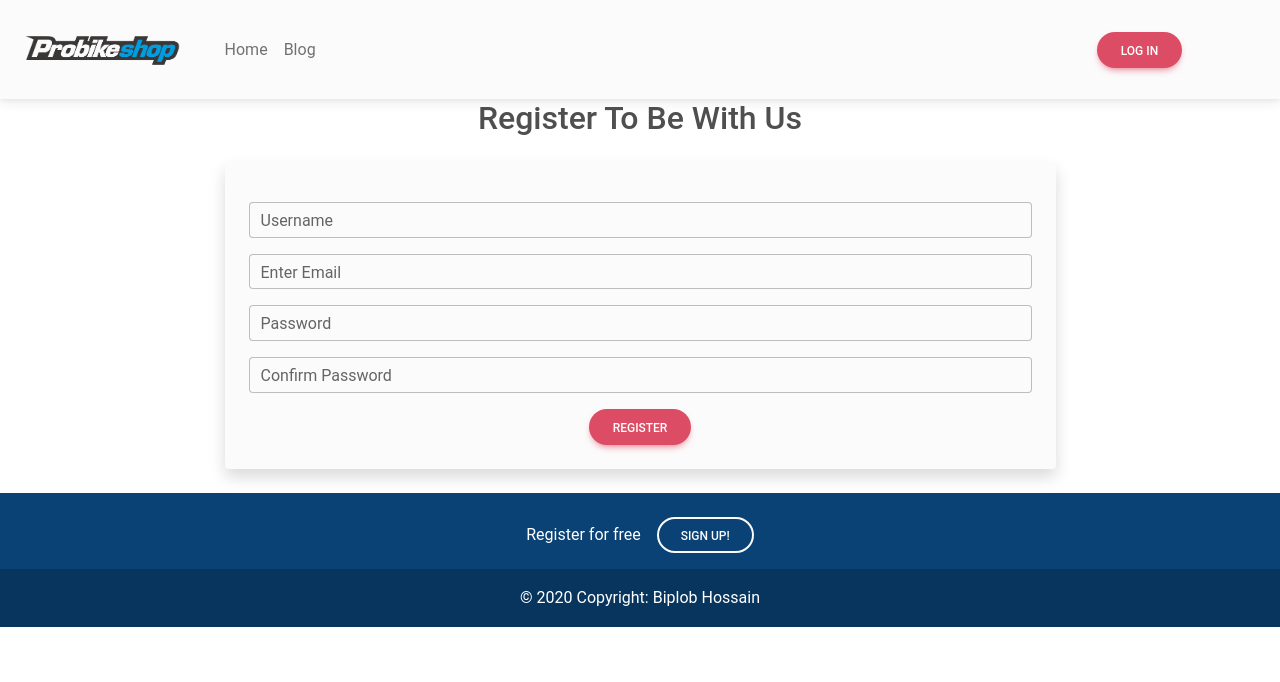
Repository: Tanvir3744/Ware-house
Page: /register
The author's editor kept a copy of each file at every save. The page is drawn from the files as they stood at one save, then again after the next save.
The browser window is 1280 px wide. The pictures show the whole page.
The project was rebuilt for these pictures with package versions that can differ from the ones it lists, and the page was loaded fresh each time. Also part of the build but not shown: src/components/Home/Banner/Banner.js, src/components/Home/Home.js, src/components/Login/Login.js, src/components/Blog/Blog.js.

Above is the page before, as saved 2022-05-13 00:09:49.

### public/index.html
<!DOCTYPE html>
<html lang="en">
  <head>
    <meta charset="utf-8" />
    <link rel="icon" href="%PUBLIC_URL%/favicon.ico" />
    <meta name="viewport" content="width=device-width, initial-scale=1" />
    <meta name="theme-color" content="#000000" />
    <meta
      name="description"
      content="Web site created using create-react-app"
    />
    <link rel="apple-touch-icon" href="%PUBLIC_URL%/logo192.png" />
    <!--
      manifest.json provides metadata used when your web app is installed on a
      user's mobile device or desktop. See https://developers.google.com/web/fundamentals/web-app-manifest/
    -->
    <link rel="manifest" href="%PUBLIC_URL%/manifest.json" />
    <!--
      Notice the use of %PUBLIC_URL% in the tags above.
      It will be replaced with the URL of the `public` folder during the build.
      Only files inside the `public` folder can be referenced from the HTML.

      Unlike "/favicon.ico" or "favicon.ico", "%PUBLIC_URL%/favicon.ico" will
      work correctly both with client-side routing and a non-root public URL.
      Learn how to configure a non-root public URL by running `npm run build`.
    -->
    <title>Inventory Management Systam</title>
  </head>
  <body>
    <noscript>You need to enable JavaScript to run this app.</noscript>
    <div id="root"></div>
    <!--
      This HTML file is a template.
      If you open it directly in the browser, you will see an empty page.

      You can add webfonts, meta tags, or analytics to this file.
      The build step will place the bundled scripts into the <body> tag.

      To begin the development, run `npm start` or `yarn start`.
      To create a production bundle, use `npm run build` or `yarn build`.
    -->
  </body>
</html>

### src/App.js
import './App.css';
/* import 'bootstrap/dist/css/bootstrap.min.css';
import 'bootstrap/dist/js/bootstrap.min.js' */
import 'mdb-react-ui-kit/dist/css/mdb.min.css'
import { Routes, Route } from 'react-router-dom'
import Home from './components/Home/Home';
import Header from './components/Header/Header';
import Register from './components/Register/Register';
import Login from './components/Login/Login';
import Blog from './components/Blog/Blog';
import Footer from './components/Footer/Footer';
function App() {
  return (
    <div className="App">
      <Header></Header>
      <Routes>
        <Route path="/" element={<Home></Home>}></Route>
        <Route path ='/home' element= {<Home></Home>}></Route>
        <Route path="/register" element={<Register></Register>}></Route>
        <Route path='/login' element={<Login></Login>}></Route>
        <Route path='/blog' element={<Blog></Blog>}></Route>
      </Routes>
      <Footer></Footer>
    </div>
  );
}

export default App;

### src/components/Header/Header.js
import React, { useState } from 'react';
import {
    MDBContainer,
    MDBNavbar,
    MDBNavbarBrand,
    MDBNavbarToggler,
    MDBNavbarNav,
    MDBCollapse
} from 'mdb-react-ui-kit';
import logo from '../../images/logo.png'
import { Link } from 'react-router-dom';
import { FontAwesomeIcon } from '@fortawesome/react-fontawesome'
import { faBars } from '@fortawesome/free-solid-svg-icons'
import "./Header.css"
export default function Header() {
    const [showNavSecond, setShowNavSecond] = useState(false);

    return (
        <MDBNavbar expand='lg' light bgColor='light'>
            <MDBContainer fluid className='p-3'>
                <MDBNavbarBrand >
                    <Link to='/'><img src={logo} alt="" className="img-fluid" width={200} /></Link>
                </MDBNavbarBrand>
                <MDBNavbarToggler
                    aria-expanded='false'
                    aria-label='Toggle navigation'
                    onClick={() => setShowNavSecond(!showNavSecond)}
                >
                    <FontAwesomeIcon icon={faBars}></FontAwesomeIcon>
                </MDBNavbarToggler>
                <MDBCollapse navbar className='container' show={showNavSecond}>
                    <MDBNavbarNav className='w-75'>
                        <Link className='nav-link' to='/'>Home</Link>
                        <Link className='nav-link' to='/blog'>Blog</Link>
                    </MDBNavbarNav>
                        <div className='d-felx flex-end'>
                            <Link className='btn btn-danger rounded-pill position-relative end-25 w-100 ' to="/login"> Log In</Link>
                        </div>
                </MDBCollapse>
            </MDBContainer>
        </MDBNavbar>
    );
}

### src/components/Register/Register.js
import React from 'react';
import { MDBInput, MDBBtn } from 'mdb-react-ui-kit';
const Register = () => {
    return (
        <div>
            <div className="container">
                <div className="row">
                    <div className="col-lg-7 w-75 mx-auto">
                        <h2>Register To Be With Us</h2>
                        <form className='mt-4 mb-4 bg-light shadow rounded p-4'>
                            <MDBInput className='mt-3' label='Username' id='typeName' type='text' name='username' required />
                            <MDBInput className='mt-3' label='Enter Email' name='email' id='typeEmail' type='email' required />
                            <MDBInput className='mt-3' label='Password' id='typePassword' type='password' name='password1' />
                            <MDBInput className='mt-3' label='Confirm Password' id='typePassword' type='password' name='password2' />
                            <MDBBtn className='rounded-pill mt-3' type='submit' color="danger ">Register</MDBBtn>
                        </form>
                    </div>
                </div>
            </div>
        </div>
    );
};

export default Register;

### src/components/Footer/Footer.js
import React from 'react';
import {
  MDBFooter,
  MDBContainer,
  MDBCol,
  MDBRow,
} from 'mdb-react-ui-kit';
import { Link } from 'react-router-dom';

export default function Footer() {
  return (
    <MDBFooter className='text-center text-white' style={{ backgroundColor: '#0a4275' }}>
      <MDBContainer className='p-4 pb-0'>
        <section className=''>
          <p className='d-flex justify-content-center align-items-center'>
            <span className='me-3'>Register for free</span>
            <Link to='/register' type='button' className='btn btn-outline-light btn-rounded'>
              Sign up!
            </Link>
          </p>
        </section>
      </MDBContainer>

      <div className='text-center p-3' style={{ backgroundColor: 'rgba(0, 0, 0, 0.2)' }}>
        © 2020 Copyright:
        <Link to='/' className='text-white '> Biplob Hossain</Link>
      </div>
    </MDBFooter>
  );
}

### src/components/Header/Header.css
.navbar-nav{
    width:85% !important;
}

### src/components/Home/Banner/Banner.css
*{
    margin:0;
    padding:0;
}
#banner-img{
    background-image:linear-gradient(to right, rgba(50, 70, 80, 0.7), rgba(30, 20, 150, 0.7)), url('https://img.freepik.com/free-photo/motorcycle-with-helmet_23-2148875785.jpg?size=626&ext=jpg&ga=GA1.2.265099126.1651845603');
    height:75vh;
    background-size:cover;
    background-position: center;
    position:relative;
    bottom:1rem;
}
/* banner text alignment with css */
#banner-text{
    margin-top:100px !important;
}

Loaded but not shown: src/index.js (common file); src/index.css (common file); src/reportWebVitals.js (common file); src/App.css (common file)

After the next save:
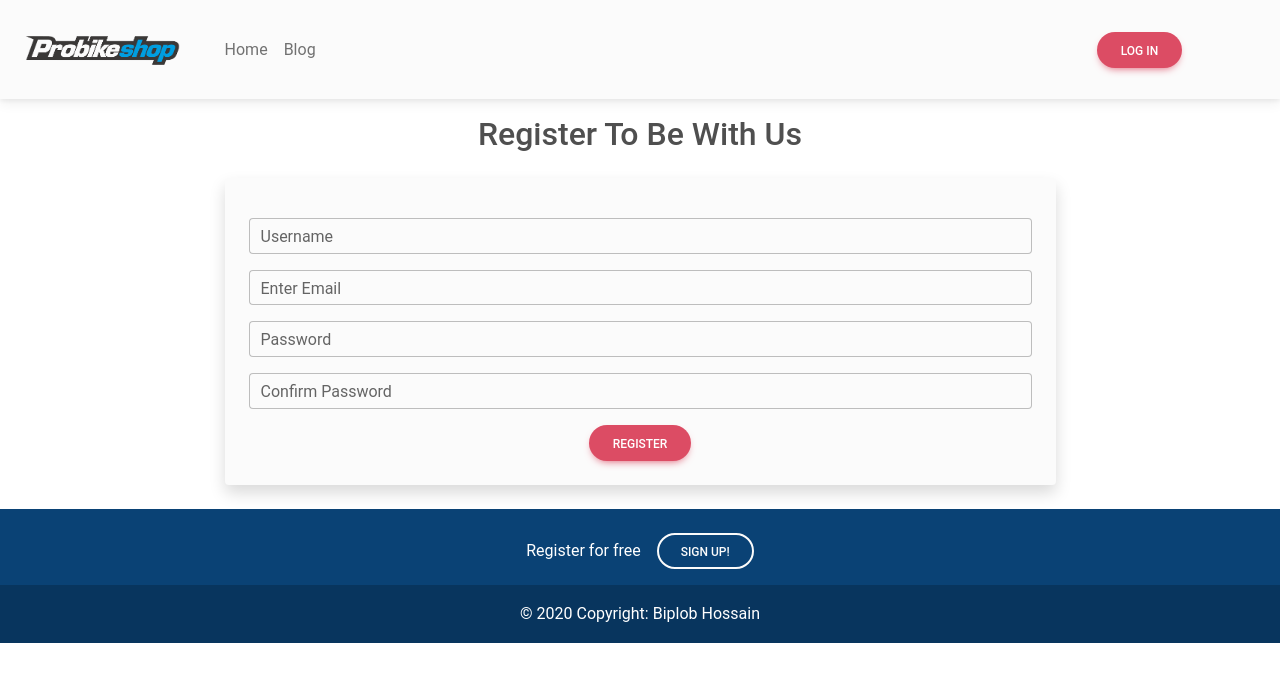
Saved 18 s later.
--- a/src/components/Register/Register.js
+++ b/src/components/Register/Register.js
@@ -6,7 +6,7 @@ const Register = () => {
             <div className="container">
                 <div className="row">
                     <div className="col-lg-7 w-75 mx-auto">
-                        <h2>Register To Be With Us</h2>
+                        <h2 className='mt-3 '>Register To Be With Us</h2>
                         <form className='mt-4 mb-4 bg-light shadow rounded p-4'>
                             <MDBInput className='mt-3' label='Username' id='typeName' type='text' name='username' required />
                             <MDBInput className='mt-3' label='Enter Email' name='email' id='typeEmail' type='email' required />
